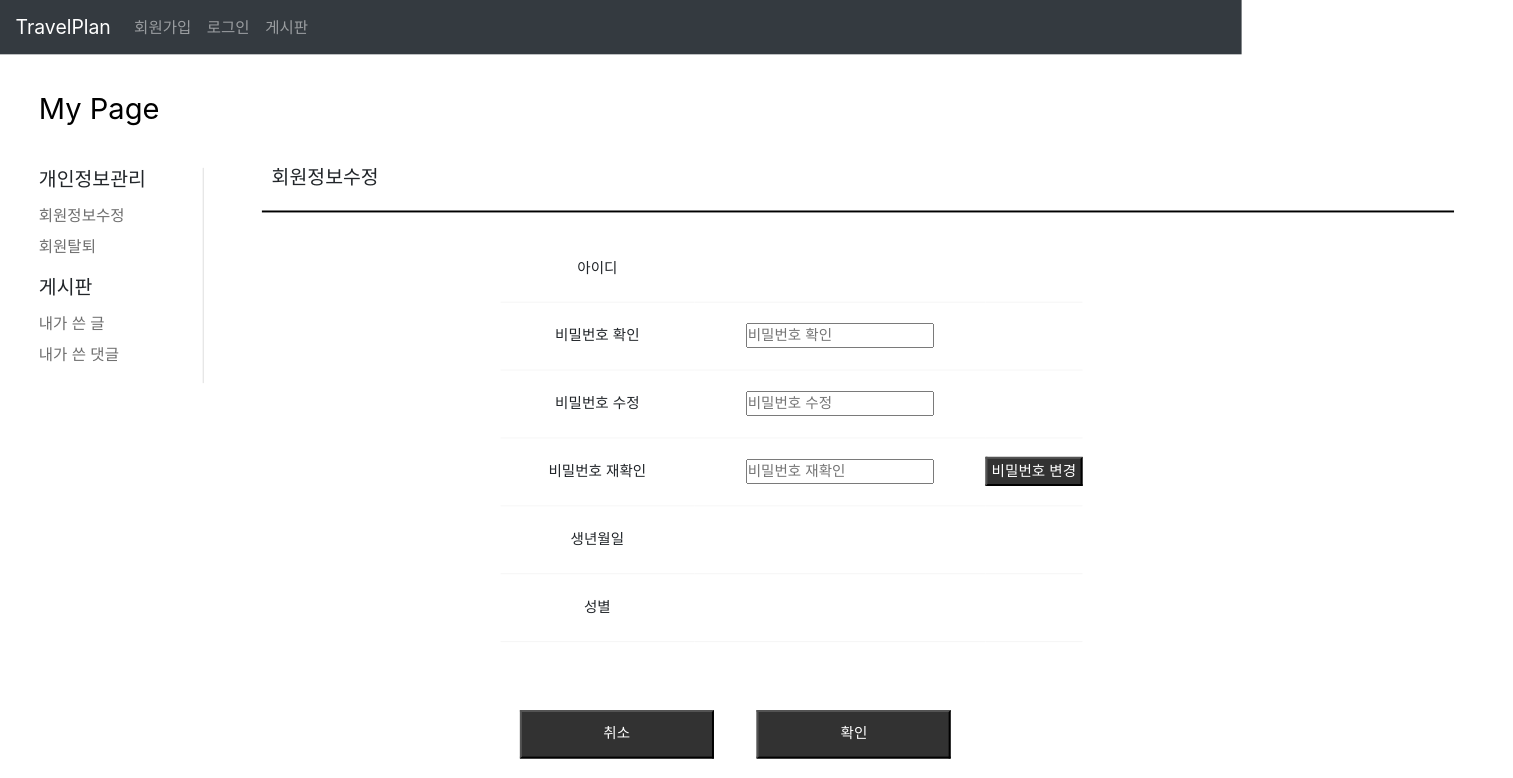
Repository: sna145815/Travel_v1
Page: http://localhost/Travel_v1/mypage
These files come from the project's save history. The page is drawn as it stood at one moment and after the next save; the edit follows.
The browser window is 1280 px wide. The page is 1560 px wide, so the pictures cover 1560 px, including what lies to the right of the window. The pictures show the whole page, at 97% of full size.
The page is served by Tomcat 9. Queries for data that is not in the repository find no rows.

Above is the page before, as saved 2022-11-07 07:54:02.

After the next save:
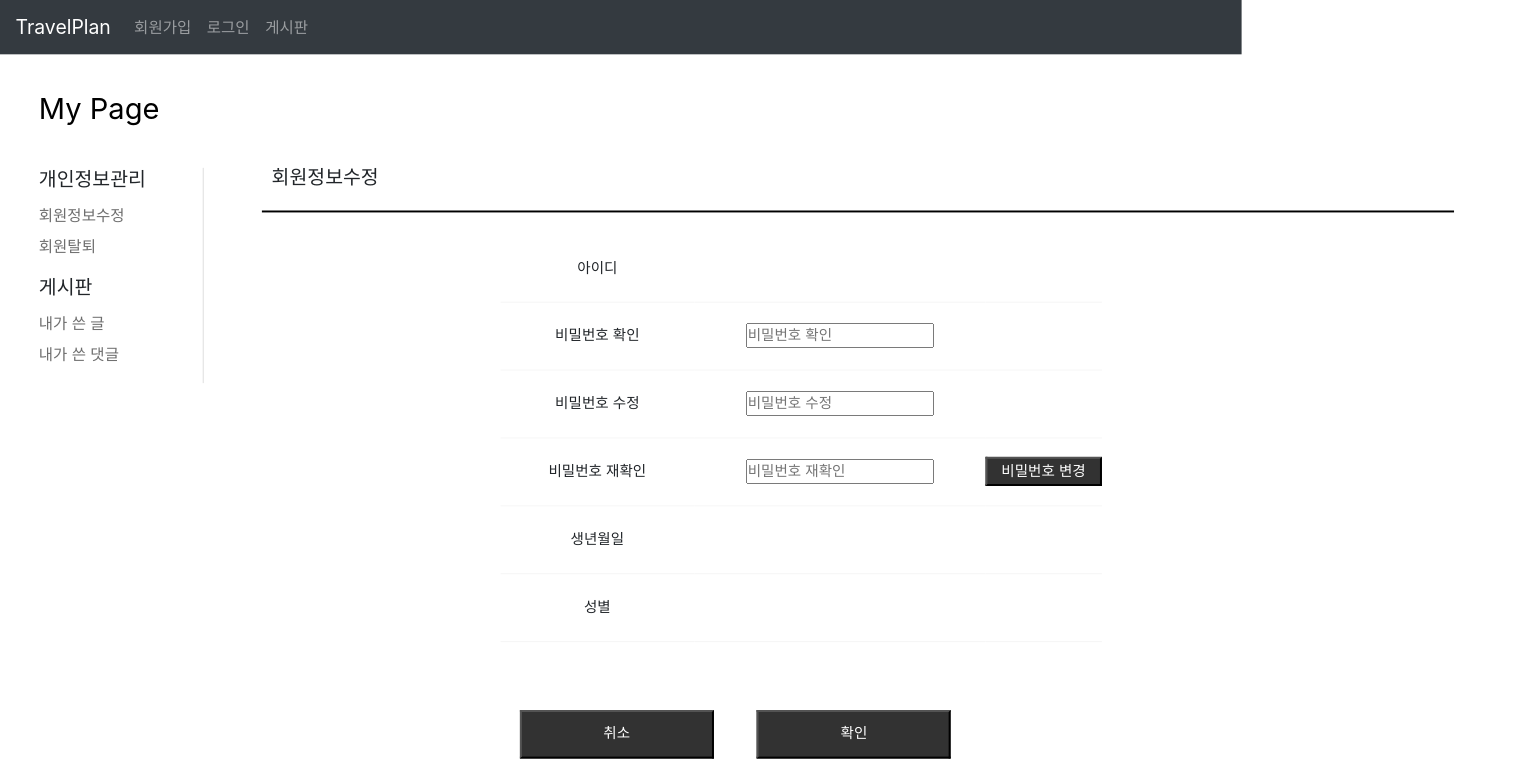
Saved 12 s later.
--- a/Travel_v1/src/main/webapp/WEB-INF/view/mypage.jsp
+++ b/Travel_v1/src/main/webapp/WEB-INF/view/mypage.jsp
@@ -100,7 +100,7 @@
 			margin-left: 20%;
 		}
 		.btn_update {
-			width: 100px;
+			width: 120px;
 			height: 30px;
 			font-size: 15px;
 			border-collapse: collapse;
